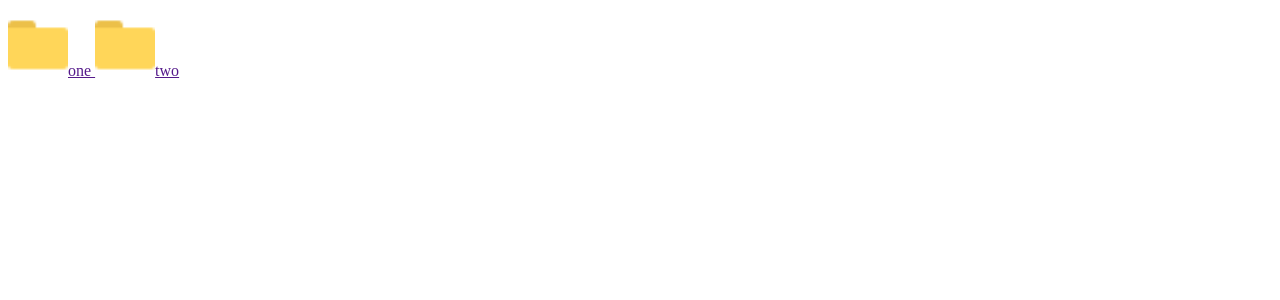
Repository: fixbb/workspace
Page: 005百度云盘项目/two/two.html
The author's editor kept a copy of each file at every save. The page is drawn from the files as they stood at one save, then again after the next save.
The browser window is 1280 px wide. The pictures show the whole page.

Above is the page before, as saved 2021-08-23 15:43:08.

After the next save:
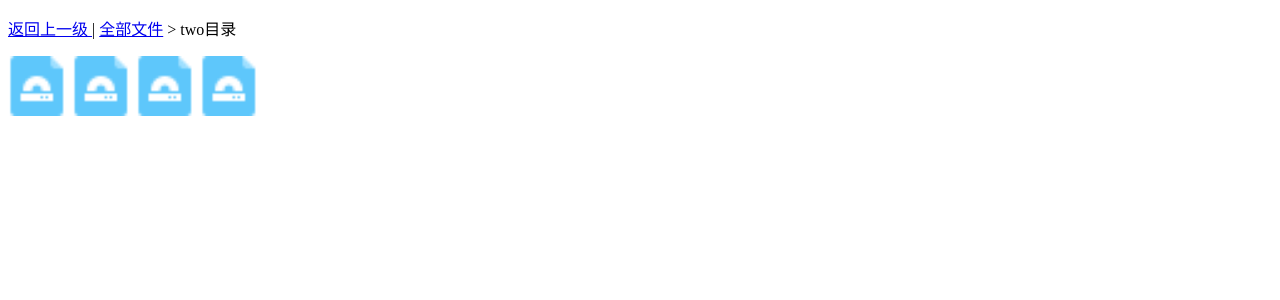
Saved 24 s later.
--- a/005百度云盘项目/two/two.html
+++ b/005百度云盘项目/two/two.html
@@ -8,12 +8,19 @@
 </head>
 <body>
     <p>
-        <a href="">
-            <img src="../imgs/file.png" width="60px">one
+        <a href="../demo.html">
+            返回上一级
         </a>
-        <a href="">
-            <img src="../imgs/file.png" width="60px">two
-        </a>
+        |
+        <a href="C:\Users\QinLong\Desktop\项目文件\workspace\005百度云盘项目\demo.html">全部文件</a>
+        >
+        two目录
+    </p>
+    <p>
+        <img src="../imgs/sp.png" width="60px">
+        <img src="../imgs/sp.png" width="60px">
+        <img src="../imgs/sp.png" width="60px">
+        <img src="../imgs/sp.png" width="60px">
     </p>
 </body>
 </html>
